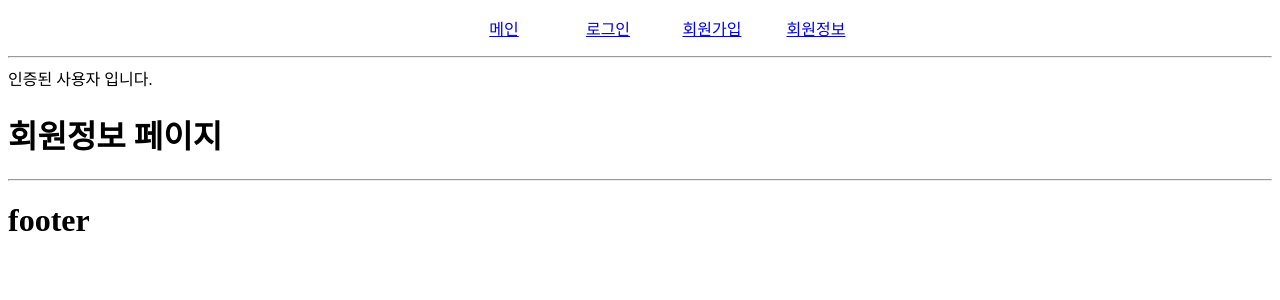
Repository: leesangbok/jsp-work
Page: http://localhost/cos/info.jsp
The author's editor kept a copy of each file at every save. The page is drawn from the files as they stood at one save, then again after the next save.
The browser window is 1280 px wide. The pictures show the whole page.
The page is served by Tomcat 9. The session is filled in as if someone had signed in: {"auth": true}.

Above is the page before, as saved 2020-08-22 06:57:15.

After the next save:
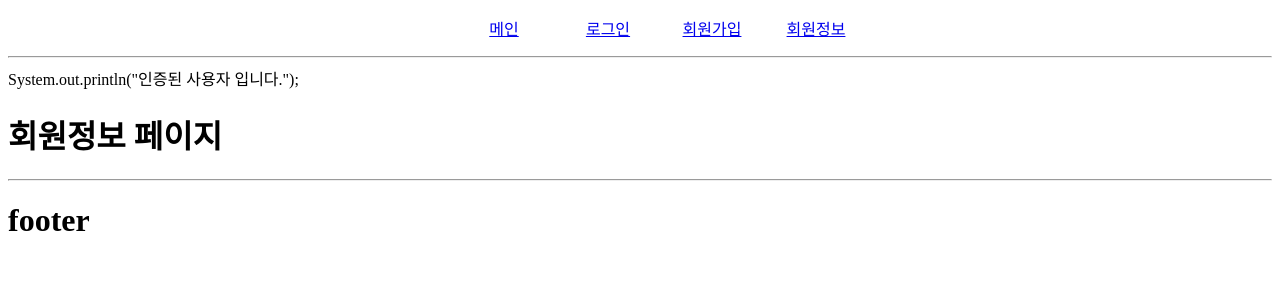
Saved 31 s later.
--- a/cos/WebContent/info.jsp
+++ b/cos/WebContent/info.jsp
@@ -18,7 +18,7 @@
 if(islogin){
 
 %>
-	인증된 사용자 입니다.
+	System.out.println("인증된 사용자 입니다.");
 <%
 }
 

After the 2 saves that followed:
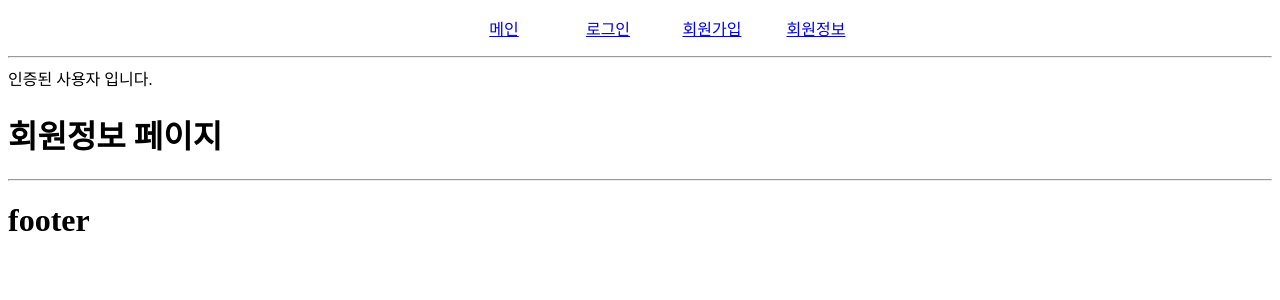
The 2 saves are shown as one change because 1 left the picture as it was.
The last was saved 52 s later.
--- a/cos/WebContent/info.jsp
+++ b/cos/WebContent/info.jsp
@@ -9,7 +9,7 @@
 	alert("인증되지 않았습니다");
 </script>
 <%
-		response.sendRedirect("main.jsp");
+		response.sendRedirect("login.jsp");
 		return;
 	}
 
@@ -18,7 +18,7 @@
 if(islogin){
 
 %>
-	System.out.println("인증된 사용자 입니다.");
+	인증된 사용자 입니다.
 <%
 }
 
